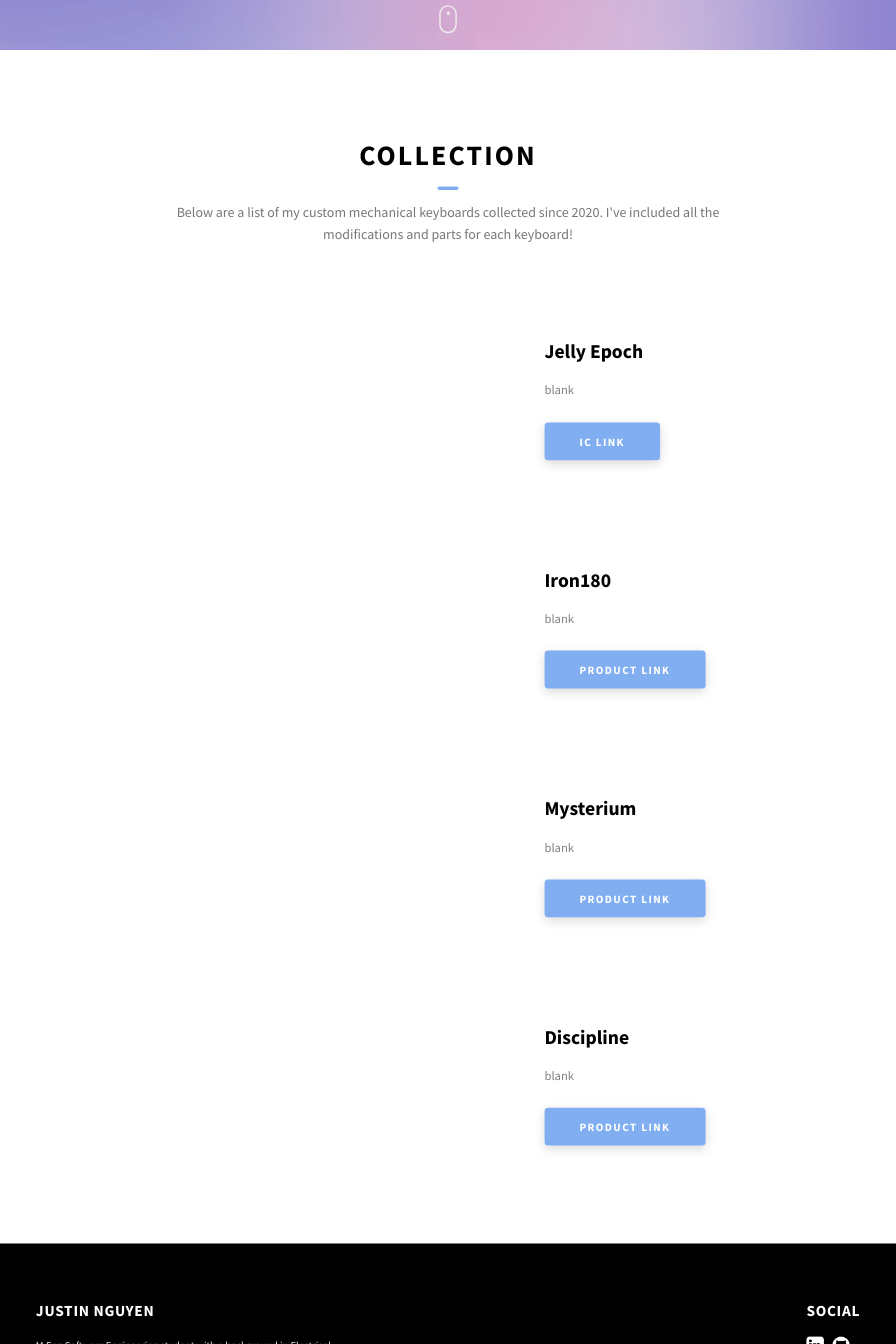
Repository: justinknguyen/Personal-Portfolio
Page: keyboards.html
An editor plug-in stored every save of this project. The page is shown before and after the next save, followed by the edit.
The browser window is 1280 px wide. The pictures show the part of the page from y = 728 to 2648 px (the page is 2965 px tall), at 70% of full size.
The style sheet was rebuilt from its Sass, Less or Tailwind sources for each picture, by a compiler version that may differ from the author's.

Above is the page before, as saved 2022-09-10 17:18:41.
Console error: TypeError: Cannot read properties of undefined (reading 'style')

### keyboards.html
<!DOCTYPE html>
<html lang="en">
  <head>
    <meta charset="UTF-8" />
    <meta name="viewport" content="width=device-width, initial-scale=1.0" />
    <meta http-equiv="X-UA-Compatible" content="ie=edge" />
    <title>Keyboards</title>
    <meta name="description" content="Case study page of Project" />

    <link rel="stylesheet" href="css/style.css" />

    <link rel="preconnect" href="https://fonts.googleapis.com" />
    <link rel="preconnect" href="https://fonts.gstatic.com" crossorigin />
    <link
      href="https://fonts.googleapis.com/css2?family=Source+Sans+Pro:wght@400;600;700;900&display=swap"
      rel="stylesheet"
    />
  </head>
  <body>

    <!-- **** Header of Homepage **** -->
    <header class="header">
      <div class="header__content">
        <div class="header__logo-container">
          <div class="header__logo-img-cont">
            <img
              src="./assets/png/justin.png"
              alt="Ram Maheshwari Logo Image"
              class="header__logo-img"
            />
          </div>
          <span class="header__logo-sub">Justin Nguyen</span>
        </div>
        <div class="header__main">
          <ul class="header__links">
            <li class="header__link-wrapper">
              <a href="./index.html" class="header__link"> Home </a>
            </li>
            <li class="header__link-wrapper">
              <a href="./index.html#about" class="header__link">About </a>
            </li>
            <li class="header__link-wrapper">
              <a href="./index.html#projects" class="header__link">
                Projects
              </a>
            </li>
            <li class="header__link-wrapper">
              <a
                href="./keyboards.html"
                class="header__link"
                >Keyboards</a
              >
            </li>
            <li class="header__link-wrapper">
              <a href="./index.html#contact" class="header__link"> Contact </a>
            </li>
          </ul>
          <div class="header__main-ham-menu-cont">
            <img
              src="./assets/svg/ham-menu.svg"
              alt="hamburger menu"
              class="header__main-ham-menu"
            />
            <img
              src="./assets/svg/ham-menu-close.svg"
              alt="hamburger menu close"
              class="header__main-ham-menu-close d-none"
            />
          </div>
        </div>
      </div>
      <div class="header__sm-menu">
        <div class="header__sm-menu-content">
          <ul class="header__sm-menu-links">
            <li class="header__sm-menu-link">
              <a href="./index.html"> Home </a>
            </li>

            <li class="header__sm-menu-link">
              <a href="./index.html#about"> About </a>
            </li>

            <li class="header__sm-menu-link">
              <a href="./index.html#projects"> Projects </a>
            </li>

            <li class="header__sm-menu-link">
              <a
                href="./keyboards.html"
                >Keyboards</a
              >
            </li>

            <li class="header__sm-menu-link">
              <a href="./index.html#contact"> Contact </a>
            </li>
          </ul>
        </div>
      </div>
    </header>
    <!-- END Header -->


    <!-- **** Hero Section of Homepage **** -->
    <section class="home-hero">
      <div class="home-hero__content">
        <div class="container">
          <div class="typed-out">
            <h1 class="heading-primary">Keyboards</h1>
          </div>
        </div>
        <div class="home-hero__info">
          <p class="text-primary">
            Welcome to my custom mechanical keyboard collection!
          </p>
        </div>
      </div>
      <div class="home-hero__mouse-scroll-cont">
        <div class="mouse"></div>
      </div>
    </section>
    <!-- /END Hero Section -->


    <!-- **** Projects Section of Homepage **** -->
    <section id="projects" class="projects sec-pad">
      <div class="main-container">
          <h2 class="heading heading-sec heading-sec__mb-bg">
            <span class="heading-sec__main">Collection</span>
            <span class="heading-sec__sub">
              Below are a list of my custom mechanical keyboards collected since 2020.
              I've included all the modifications and parts for each keyboard!
            </span>
          </h2>

          <div class="projects__content">
            <div class="projects__row">
              <div class="projects__row-img-cont">
                <!-- <img
                  src="./assets/png/iot-1.png"
                  alt="Software Screenshot"
                  class="projects__row-img"
                  loading="lazy"
                  style="width: 50%; position: relative; left: 50%; transform: translateX(-50%);"
                /> -->
              </div>
              <div class="projects__row-content">
                <h3 class="projects__row-content-title">Jelly Epoch</h3>
                <p class="projects__row-content-desc">
                  blank
                </p>
                <a
                  rel="noreferrer" href="https://geekhack.org/index.php?topic=111841.0"
                  class="btn btn--med btn--theme dynamicBgClr"
                  target="_blank"
                  >IC Link</a
                >
              </div>
            </div>
            <div class="projects__row">
              <div class="projects__row-img-cont">
                <!-- <img
                  src="./assets/jpeg/ios-ss1.jpg"
                  alt="Software Screenshot"
                  class="projects__row-img"
                  loading="lazy"
                  style="width: 70%; position: relative; left: 50%; transform: translateX(-50%);"
                /> -->
              </div>
              <div class="projects__row-content">
                <h3 class="projects__row-content-title">Iron180</h3>
                <p class="projects__row-content-desc">
                  blank
                </p>
                <a
                  rel="noreferrer" href="https://github.com/justinknguyen/iOS-Messaging-App"
                  class="btn btn--med btn--theme dynamicBgClr"
                  target="_blank"
                  >Product Link</a
                >
              </div>
            </div>
            <div class="projects__row">
              <div class="projects__row-img-cont">
                <!-- <img
                  src="./assets/png/prisoner-ss.png"
                  alt="Software Screenshot"
                  class="projects__row-img"
                  loading="lazy"
                  style="width: 80%; position: relative; left: 50%; transform: translateX(-50%);"
                /> -->
              </div>
              <div class="projects__row-content">
                <h3 class="projects__row-content-title">Mysterium</h3>
                <p class="projects__row-content-desc">
                  blank
                </p>
                <a
                  rel="noreferrer" href="https://github.com/justinknguyen/prisoner-riddle"
                  class="btn btn--med btn--theme dynamicBgClr"
                  target="_blank"
                  >Product Link</a
                >
              </div>
            </div>
            <div class="projects__row">
              <div class="projects__row-img-cont">
                <!-- <img
                  src="./assets/png/piguide-ss.png"
                  alt="Software Screenshot"
                  class="projects__row-img"
                  loading="lazy"
                  style="width: 100%; position: relative; left: 50%; transform: translateX(-50%);"
                /> -->
              </div>
              <div class="projects__row-content">
                <h3 class="projects__row-content-title">Discipline</h3>
                <p class="projects__row-content-desc">
                  blank
                </p>
                <a
                  rel="noreferrer" href="https://github.com/justinknguyen/PiGuide"
                  class="btn btn--med btn--theme dynamicBgClr"
                  target="_blank"
                  >Product Link</a
                >
              </div>
            </div>
          </div>

      </div>
    </section>
    <!-- END Projects Section -->


    <!-- **** Footer Section **** -->
    <footer class="main-footer">
      <div class="main-container">
        <div class="main-footer__upper">
          <div class="main-footer__row main-footer__row-1">
            <h2 class="heading heading-sm main-footer__heading-sm">
              <span>Social</span>
            </h2>
            <div class="main-footer__social-cont">
              <a target="_blank" rel="noreferrer" href="https://www.linkedin.com/in/justin-nguyen-194339184">
                <img
                  class="main-footer__icon"
                  src="./assets/png/linkedin-ico.png"
                  alt="icon"
                />
              </a>
              <a target="_blank" rel="noreferrer" href="https://github.com/justinknguyen">
                <img
                  class="main-footer__icon main-footer__icon--mr-none"
                  src="./assets/png/github-ico2.png"
                  alt="icon"
                />
              </a>
            </div>
          </div>
          <div class="main-footer__row main-footer__row-2">
            <h4 class="heading heading-sm text-lt">Justin Nguyen</h4>
            <p class="main-footer__short-desc">
              M.Eng Software Engineering student with a background in Electrical Engineering. Always willing
              to learn and improve my skillset.
            </p>
            <p class="main-footer__short-desc">
              This website is hosted on my Raspberry Pi 4 Model B. You can view the steps
                I've gone through on my
                <u><a rel="noreferrer" href="https://github.com/justinknguyen/PiGuide" target="_blank">
                  Github repo</a></u>
                along with guides for many other applications!
            </p>
          </div>
        </div>

        <!-- If you give me some credit or shoutout here by linking to my website, then it will be a big thing for me and will help me a lot :) -->
        <div class="main-footer__lower">
          &copy; Copyright 2022. Made by
          <a rel="noreferrer" target="_blank" href="https://rammaheshwari.com"
            >Ram Maheshwari</a
          > modified by
          <a rel="noreferrer" target="_blank" href="https://justinknguyen.ca"
            >Justin Nguyen</a
          >.
        </div>
      </div>
    </footer>
    <!-- END Footer Section -->


    <script src="./index.js"></script>
  </body>
</html>

Loaded but not shown: index.js (68 lines, source omitted); css/style.css (919 lines, source omitted)

After the next save:
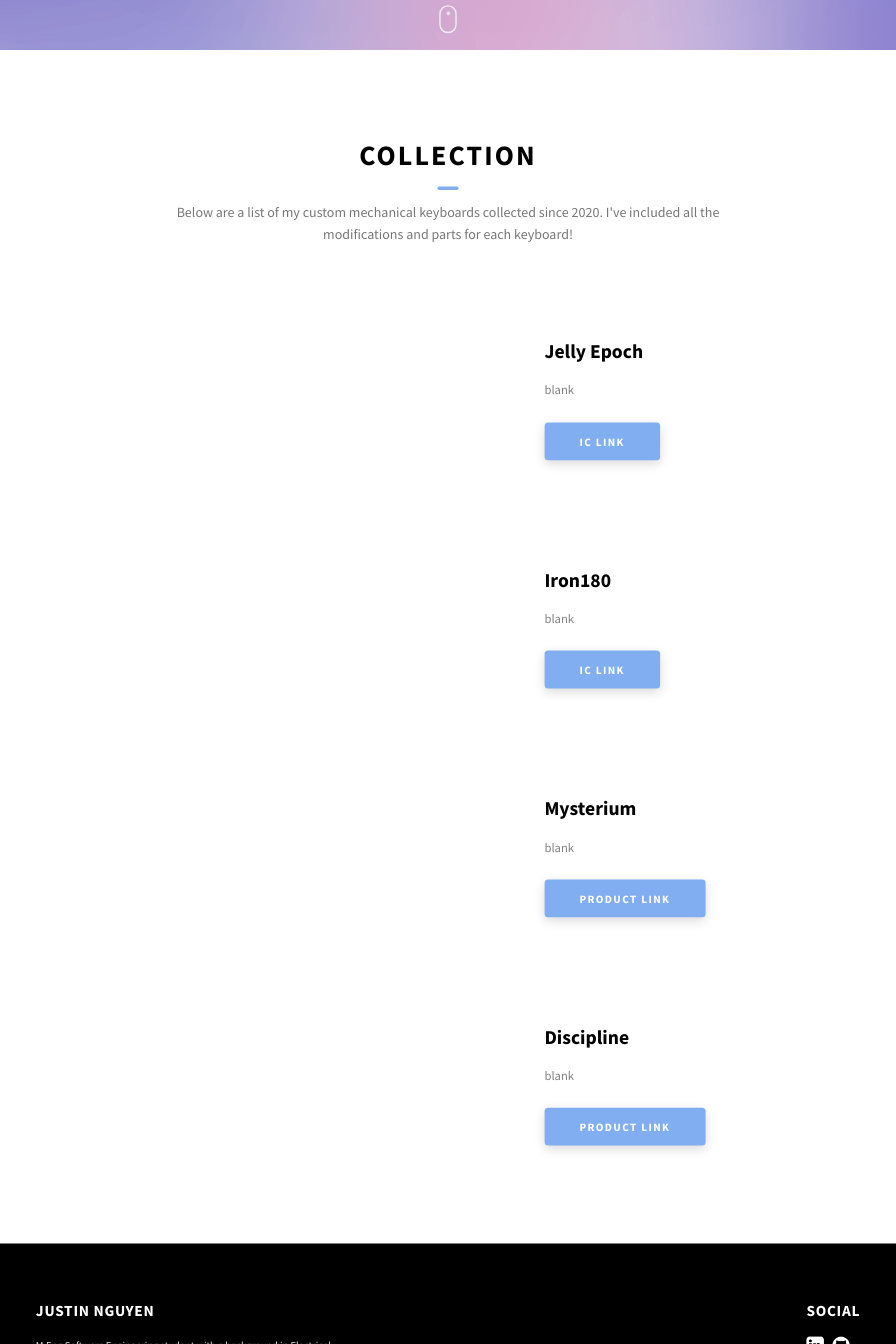
Saved 40 s later.
--- a/keyboards.html
+++ b/keyboards.html
@@ -173,10 +173,10 @@
                   blank
                 </p>
                 <a
-                  rel="noreferrer" href="https://github.com/justinknguyen/iOS-Messaging-App"
-                  class="btn btn--med btn--theme dynamicBgClr"
-                  target="_blank"
-                  >Product Link</a
+                  rel="noreferrer" href="https://geekhack.org/index.php?topic=105245.0"
+                  class="btn btn--med btn--theme dynamicBgClr"
+                  target="_blank"
+                  >IC Link</a
                 >
               </div>
             </div>
